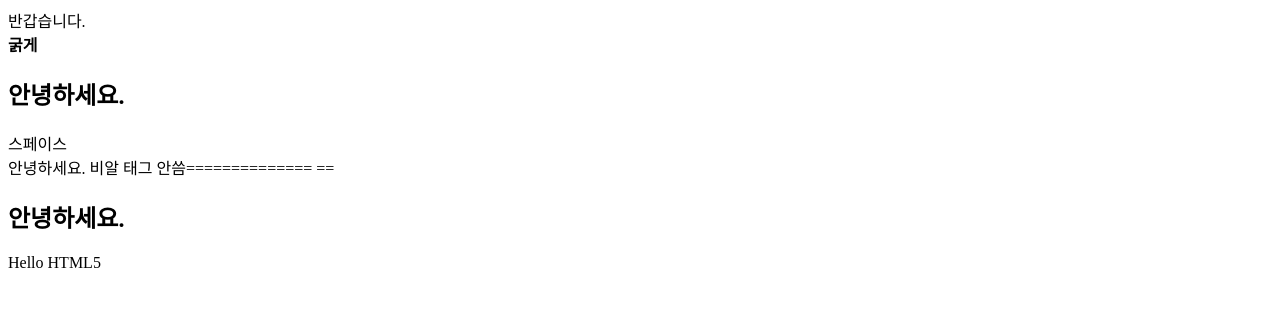
Repository: Kebiskim/2023_WebStudy
Page: 01_01_html/src/main/webapp/day01/Ex01.html
The author's editor kept a copy of each file at every save. The page is drawn from the files as they stood at one save, then again after the next save.
The browser window is 1280 px wide. The pictures show the whole page.

Above is the page before, as saved 2023-06-19 06:07:19.

After the next save:
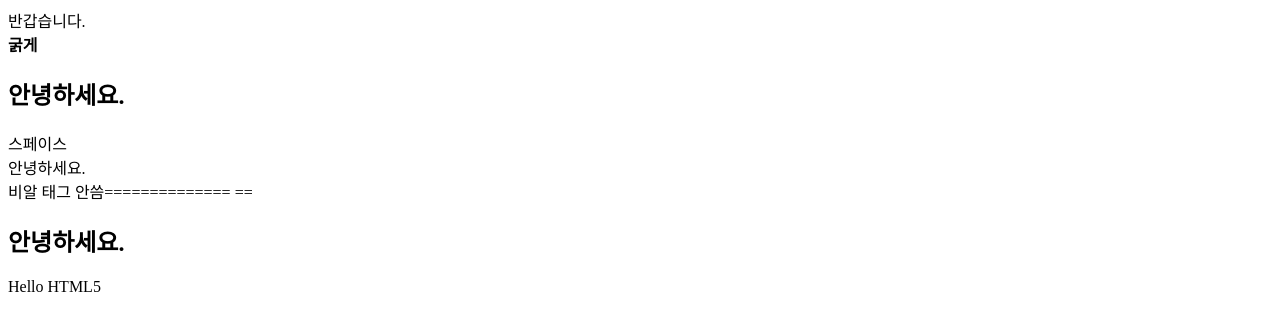
Saved 4 s later.
--- a/01_01_html/src/main/webapp/day01/Ex01.html
+++ b/01_01_html/src/main/webapp/day01/Ex01.html
@@ -10,7 +10,7 @@
  <!-- HTML은 다시 실행할 필요 없고 새로고침만 하면 된다!! -->
  <b> 굵게 <h2> 안녕하세요. </h2> </b>
 
- 스페이스 <br> 안녕하세요.
+ 스페이스 <br> 안녕하세요. </br>
  비알 태그 안씀============== ==  <h2> 안녕하세요. </h2>
 <!--  <b>굵은 글씨</b>
  --> <!-- <h2>큰 글씨</h2> -->

After the save that followed:
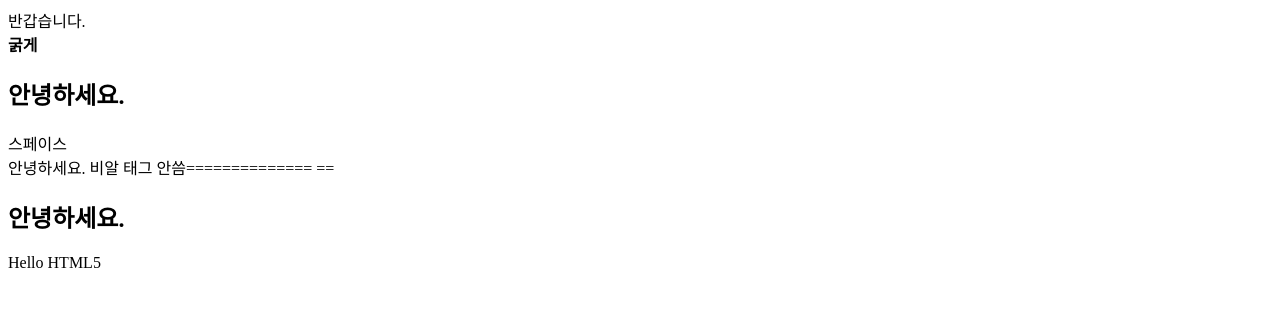
Saved 7 s later.
--- a/01_01_html/src/main/webapp/day01/Ex01.html
+++ b/01_01_html/src/main/webapp/day01/Ex01.html
@@ -10,7 +10,7 @@
  <!-- HTML은 다시 실행할 필요 없고 새로고침만 하면 된다!! -->
  <b> 굵게 <h2> 안녕하세요. </h2> </b>
 
- 스페이스 <br> 안녕하세요. </br>
+ 스페이스 <br> 안녕하세요.
  비알 태그 안씀============== ==  <h2> 안녕하세요. </h2>
 <!--  <b>굵은 글씨</b>
  --> <!-- <h2>큰 글씨</h2> -->
